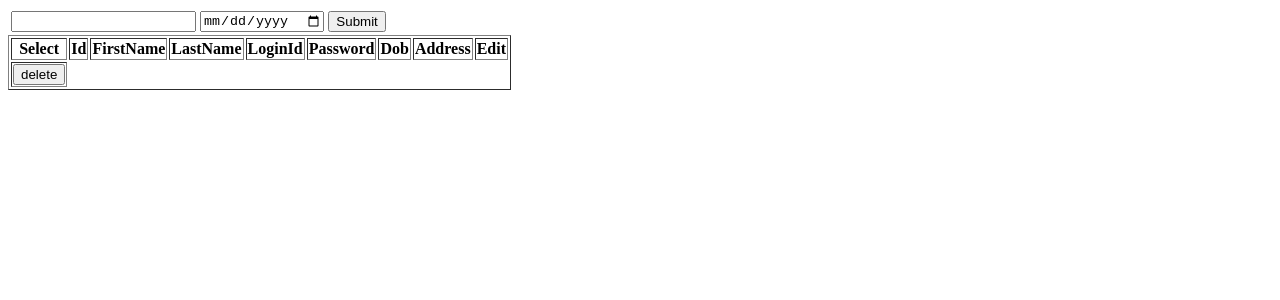
Repository: rish1208/Advance_java
Page: http://localhost/Use-case/UserListCtl
An editor plug-in stored every save of this project. The page is shown before and after the next save, followed by the edit.
The browser window is 1280 px wide. The pictures show the whole page.
The page is served by Tomcat 9. Other server files are loaded and not shown. Queries for data that is not in the repository find no rows.

Above is the page before, as saved 2024-04-07 21:01:23.

### Advance java Workspace/Use-case/WebContent/UserListView.jsp
<%@page import="in.co.rays.bean.UserBean"%>
<%@page import="java.util.Iterator"%>
<%@page import="java.util.List"%>
<%@ page language="java" contentType="text/html; charset=ISO-8859-1"
	pageEncoding="ISO-8859-1"%>
<!DOCTYPE html>
<html>
<head>
<meta charset="ISO-8859-1">
<title>Insert title here</title>
</head>
<body>
	<%
		List list = (List) request.getAttribute("list");
		Iterator it = list.iterator();
	%>
	<form action="UserListCtl" method="post">
		<table>
			<tr>
				<td><input type="text" name="firstName"></td>
				<td><input type="Date" name="dob"></td>
				<td><input type="submit" name="operation"></td>
			</tr>
		</table>
		<table border="1%">
			<tr>
				<th>Select</th>
				<th>Id</th>
				<th>FirstName</th>
				<th>LastName</th>
				<th>LoginId</th>
				<th>Password</th>
				<th>Dob</th>
				<th>Address</th>
				<th>Edit</th>
			</tr>
			<%
				while (it.hasNext()) {
					UserBean bean = (UserBean) it.next();
			%>
			<tr>
				<td><input type="checkbox" name="ids" value="<%=bean.getId()%>"></td>
				<td><%=bean.getId()%></td>
				<td><%=bean.getFirstName()%></td>
				<td><%=bean.getLastName()%></td>
				<td><%=bean.getLoginId()%></td>
				<td><%=bean.getPassword()%></td>
				<td><%=bean.getDob()%></td>
				<td><%=bean.getAddress()%></td>
				<td><a href="UserCtl?id">Edit</a></td>
				<%
					}
				%>
			</tr>
			<tr>
				<td><input type="submit" name="operation" value="delete"></td>
			</tr>
		</table>


	</form>
</body>
</html>

### Advance java Workspace/Use-case/src/in/co/rays/ctl/UserListCtl.java
package in.co.rays.ctl;

import java.io.IOException;
import java.text.ParseException;
import java.text.SimpleDateFormat;
import java.util.List;

import javax.servlet.RequestDispatcher;
import javax.servlet.ServletException;
import javax.servlet.annotation.WebServlet;
import javax.servlet.http.HttpServlet;
import javax.servlet.http.HttpServletRequest;
import javax.servlet.http.HttpServletResponse;

import in.co.rays.bean.UserBean;
import in.co.rays.model.UserModel;


@WebServlet("/UserListCtl")
public class UserListCtl extends HttpServlet {
	@Override
		protected void doGet(HttpServletRequest req, HttpServletResponse resp) throws ServletException, IOException {
		int pageNo=1;
				int pageSize = 5;
				UserModel model = new UserModel();

		try {
			List list = model.search(null, 1, 5);
			req.setAttribute("list", list);
			RequestDispatcher rd = req.getRequestDispatcher("UserListView.jsp");
			rd.forward(req, resp);
		} catch (Exception e) {

			e.printStackTrace();
		}
		}
@Override
protected void doPost(HttpServletRequest req, HttpServletResponse resp) throws ServletException, IOException {
	SimpleDateFormat sdf = new SimpleDateFormat("yyyy-MM-dd");
	UserBean bean = null;
	UserModel model = new UserModel();
	 String fname = req.getParameter("firstName");
	 String dob = req.getParameter("dob");
	 String op = req.getParameter("operation");

	 if(op.equals("search")) {
		 bean = new UserBean();
		 bean.setFirstName(fname);
	 }
//	 if(op.equals("search")) {
//		 try {
//			bean.setDob(sdf.parse(dob));
//		} catch (ParseException e) {
//
//			e.printStackTrace();
//		}

	 if (op.equals("delete")){
		 String[] ids = req.getParameterValues("ids");
		 if(ids !=null && ids.length>0) {
			 for(String id : ids)
				try {
					model.delete(Integer.parseInt(id));
				} catch (Exception e) {
					e.printStackTrace();
				}

		 }
	 }
	 try {
		List list = model.search(bean,1, 0);
		req.setAttribute("list", list);
		RequestDispatcher rd = req.getRequestDispatcher("UserListView.jsp");
		rd.forward(req, resp);
	} catch (Exception e) {

		e.printStackTrace();
	}
	 }

}

### Advance java Workspace/Use-case/src/in/co/rays/model/UserModel.java
package in.co.rays.model;

import java.sql.Connection;
import java.sql.Date;
import java.sql.DriverManager;
import java.sql.PreparedStatement;
import java.sql.ResultSet;
import java.util.ArrayList;
import java.util.Iterator;
import java.util.List;

import in.co.rays.bean.UserBean;

public class UserModel {


	public static Integer nextPk() throws Exception {

		int pk = 0;

		Class.forName("com.mysql.cj.jdbc.Driver");

		Connection conn = DriverManager.getConnection("jdbc:mysql://localhost:3306/pratise", "root", "root");

		PreparedStatement pstmt = conn.prepareStatement("select max(id) from user");

		ResultSet rs = pstmt.executeQuery();

		while (rs.next()) {

			pk = rs.getInt(1);

		}
		return pk + 1;
}
	public static void add(UserBean bean) throws Exception{
		int pk = nextPk();
		Class.forName("com.mysql.cj.jdbc.Driver");
		Connection conn= DriverManager.getConnection("jdbc:mysql://localhost:3306/pratise","root","root");
		PreparedStatement pstmt = conn.prepareStatement("insert into user values(?,?,?,?,?,?,?)");

		pstmt.setInt(1, pk);
		pstmt.setString(2, bean.getFirstName());
		pstmt.setString(3, bean.getLastName());
		pstmt.setString(4, bean.getLoginId());
		pstmt.setString(5, bean.getPassword());
		pstmt.setDate(6, new java.sql.Date(bean.getDob().getTime()));
		pstmt.setString(7, bean.getAddress());

		int i = pstmt.executeUpdate();
		System.out.println("data added"+1);


	}
	public static void update(UserBean bean) throws Exception{
		Class.forName("com.mysql.cj.jdbc.Driver");
		Connection conn= DriverManager.getConnection("jdbc:mysql://localhost:3306/pratise","root","root");
		PreparedStatement pstmt = conn.prepareStatement("update user set first_name=?, last_name=?, login_id=?, password=?, dob=?,address=? where id=?");


		pstmt.setString(2, bean.getFirstName());
		pstmt.setString(1, bean.getLastName());
		pstmt.setString(3, bean.getLoginId());
		pstmt.setString(4, bean.getPassword());
		pstmt.setDate(5, new java.sql.Date(bean.getDob().getTime()));
		pstmt.setString(6, bean.getAddress());
		pstmt.setInt(7, bean.getId());
		int i = pstmt.executeUpdate();
		System.out.println("data updated"+1);
}
	public static void delete(int id) throws Exception{
		int pk= nextPk();
		Class.forName("com.mysql.cj.jdbc.Driver");
		Connection conn= DriverManager.getConnection("jdbc:mysql://localhost:3306/pratise","root","root");
		PreparedStatement pstmt = conn.prepareStatement("delete from user where id=?");

		pstmt.setInt(1, id);
		int i = pstmt.executeUpdate();
		System.out.println("data deleted"+1);
	}
	public  UserBean findByPk(int id) throws Exception{

		Class.forName("com.mysql.cj.jdbc.Driver");
		Connection conn= DriverManager.getConnection("jdbc:mysql://localhost:3306/pratise","root","root");
		PreparedStatement pstmt = conn.prepareStatement("select * from user where id =?");
		pstmt.setInt(1, id);
		ResultSet rs = pstmt.executeQuery();
		UserBean bean = new UserBean();
		while(rs.next()) {
			bean = new UserBean();
			bean.setId(rs.getInt(1));
			bean.setFirstName(rs.getString(2));
			bean.setLastName(rs.getString(3));
			bean.setLoginId(rs.getString(4));
			bean.setPassword(rs.getString(5));
			bean.setDob(rs.getDate(6));
			bean.setAddress(rs.getString(7));
		}
		return bean;
	}
	public  UserBean Authentication(String loginId, String password) throws Exception{

		Class.forName("com.mysql.cj.jdbc.Driver");
		Connection conn= DriverManager.getConnection("jdbc:mysql://localhost:3306/pratise","root","root");
		PreparedStatement pstmt = conn.prepareStatement("select * from user where login_id =? and password=?");
		pstmt.setString(1, loginId);
		pstmt.setString(2, password);
		ResultSet rs = pstmt.executeQuery();
		UserBean bean = new UserBean();
		while(rs.next()) {
			bean = new UserBean();
			bean.setId(rs.getInt(1));
			bean.setFirstName(rs.getString(2));
			bean.setLastName(rs.getString(3));
			bean.setLoginId(rs.getString(4));
			bean.setPassword(rs.getString(5));
			bean.setDob(rs.getDate(6));
			bean.setAddress(rs.getString(7));
		}
		return bean;
	}

//public  List search(UserBean bean) throws Exception{
//
//		Class.forName("com.mysql.cj.jdbc.Driver");
//		Connection conn= DriverManager.getConnection("jdbc:mysql://localhost:3306/pratise","root","root");
//		StringBuffer sql = new StringBuffer("select * from user where 1=1");
//		if(bean !=null) {
//			if(bean.getFirstName() !=null && bean.getFirstName().length()>0) {
//				sql.append(" and first_name like ' " + bean.getFirstName()+ " % ' ");
//
//			}
//
//		if(bean.getDob() !=null && bean.getDob().getTime()>0) {
//			sql.append("and dob like'"+ new java.sql.Date(bean.getDob().getTime())+"%'");
//		}
//		}
//		PreparedStatement pstmt = conn.prepareStatement(sql.toString());
//		List list = new ArrayList();
//		ResultSet rs = pstmt.executeQuery();
//		while(rs.next()) {
//			bean.setId(rs.getInt(1));
//			bean.setFirstName(rs.getString(2));
//			bean.setLastName(rs.getString(3));
//			bean.setLoginId(rs.getString(4));
//			bean.setPassword(rs.getString(5));
//			bean.setDob(rs.getDate(6));
//			bean.setAddress(rs.getString(7));
//		}
//		return list;
//
//}

	public List search(UserBean bean, int pageNo, int pageSize) throws Exception {

	int pk = nextPk();

		Class.forName("com.mysql.cj.jdbc.Driver");

		Connection conn = DriverManager.getConnection("jdbc:mysql://localhost:3306/pratise", "root", "root");

		StringBuffer sql = new StringBuffer("select * from user where 1=1");

		if (bean != null) {

			if (bean.getFirstName() != null && bean.getFirstName().length() > 0) {
				sql.append(" and first_name like '" + bean.getFirstName() + "%'");
			}

			if (bean.getDob() != null && bean.getDob().getTime() > 0) {
				sql.append(" and dob like '" + new java.sql.Date(bean.getDob().getTime()) + "%'");
			}

		}

		if (pageSize > 0) {

			pageNo = (pageNo - 1) * pageSize;

			sql.append(" limit " + pageNo + ", " + pageSize);
		}

		System.out.println("sql => " + sql);

		PreparedStatement ps = conn.prepareStatement(sql.toString());

		ResultSet rs = ps.executeQuery();

		List list = new ArrayList();

		while (rs.next()) {
			bean = new UserBean();
			bean.setId(rs.getInt(1));
			bean.setFirstName(rs.getString(2));
			bean.setLastName(rs.getString(3));
			bean.setLoginId(rs.getString(4));
			bean.setPassword(rs.getString(5));
			bean.setDob(rs.getDate(6));
			bean.setAddress(rs.getString(7));
			list.add(bean);
		}
		return list;
	}
}

After the next save:
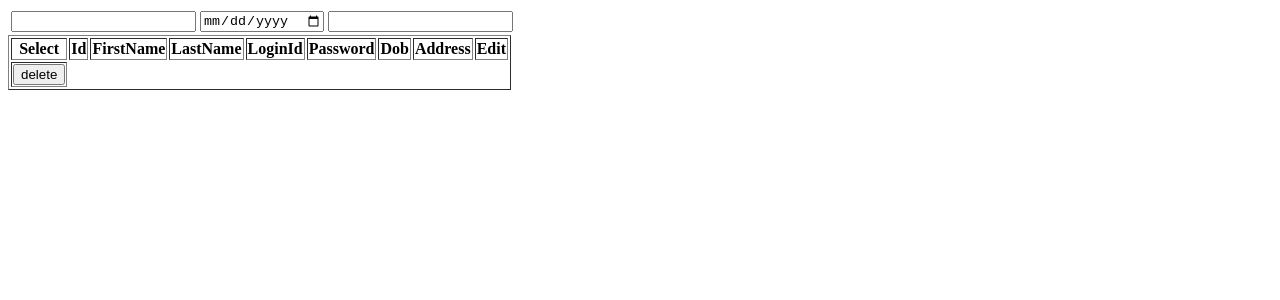
Saved 2 min 25 s later.
--- a/Advance java Workspace/Use-case/WebContent/UserListView.jsp
+++ b/Advance java Workspace/Use-case/WebContent/UserListView.jsp
@@ -19,7 +19,7 @@
 			<tr>
 				<td><input type="text" name="firstName"></td>
 				<td><input type="Date" name="dob"></td>
-				<td><input type="submit" name="operation"></td>
+				<td><input type="search" name="operation"></td>
 			</tr>
 		</table>
 		<table border="1%">
